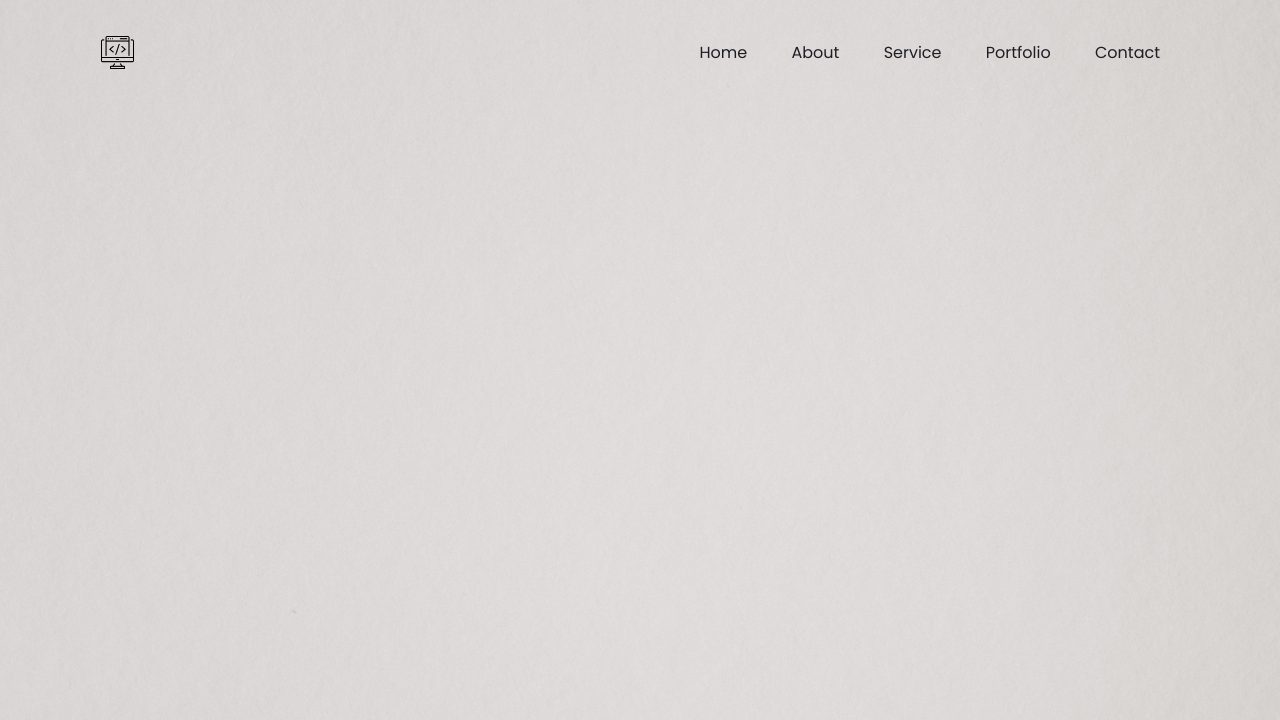
Repository: pilar122/port
Page: contact.html
An editor plug-in stored every save of this project. The page is shown before and after the next save, followed by the edit.
The browser window is 1280 px wide. The pictures show the whole page.

Above is the page before, as saved 2022-01-31 19:36:05.

### contact.html
<!DOCTYPE html>
<html lang="en">
<head>
    <meta charset="UTF-8">
    <title>Personal Portfolio Website</title>
    <!----CSS link----->
    <link rel="stylesheet" href="style.css">
</head>
<body>
    <div class="hero">
        <nav>
            <img src="./img/coding.png" class="logo">
            <ul>
                <li><a href="#">Home</a></li>
                <li><a href="#">About</a></li>
                <li><a href="#">Service</a></li>
                <li><a href="#">Portfolio</a></li>
                <li><a href="/Users/albapilarte/Desktop/port/contact.html">Contact</a></li>
            </ul>

        </nav>
    </div>
</body>
</html>

### style.css
@import url('https://fonts.googleapis.com/css2?family=Poppins:wght@400;500;600;700&display=swap');
*{
    margin: 0;
    padding: 0;
    box-sizing: border-box;
    font-family: 'Poppins', sans-serif;
}
a{
    text-decoration: none;
}
.hero{
    width: 100%;
    height: 100vh;
    background: url(img/bg1.jpg);
    background-size: cover;
}
nav{
    display: flex;
    align-items: center;
    justify-content: space-between;
    padding: 30px 100px;
}
.logo{
    max-height: 35px;
}
nav ul li{
    list-style: none;
    display: inline-block;
    padding: 10px 20px;
}
nav ul li a{
    color: #1d1d24;
    position: relative;
    padding: 5px 0;
}
nav ul li a:hover{
    color: #fd4766;
}
nav ul li a:after{
    content: "";
    position: absolute;
    left: 0;
    width: 0;
    height: 3px;
    background: #fd4766;
    transition: .3s;
    bottom: 0;
}
nav ul li a:hover:after{
    width: 100%;
}
.btn{
    color: #fff;
    font-size: 16px;
    text-transform: uppercase;
    letter-spacing: 2px;
    padding: 16px 40px;
    border-radius: 500px;
    display: inline-block;
    font-weight: 500;
    transition: all .4s ease-in-out;
    background-size: 152% 100%;
    background: #fd4766;
    border: 2px solid #fd4766;
}
.btn:hover{
    background: transparent;
    border-color: #fd4766;
    color: #fd4766;
}
.content{
    position: absolute;
    top: 35%;
    left: 8%;
}
.content .title{
    color: #1f1f25;
    font-size: 15px;
    text-transform: uppercase;
    letter-spacing: 4px;
    display: inline-block;
    margin-bottom: 20px;
    background: linear-gradient(120deg, #757575 20.69%, #fd4755 50.19%,#000000 79.69%);
    -webkit-background-clip: text;
    -webkit-text-fill-color: transparent;
}
.content h1{
    color: #1f1f25;
    font-size: 75px;
    font-weight: 900;
    line-height: 90px;
    text-transform: inherit;
    width: 70%;
}
.content h1 span{
    color: #fd4766;
}
.content p{
    width: 55%;
    color: #757575;
    margin-top: 25px;
    margin-bottom: 30px;
}
.contact .section-title{
    color: #fd4766;
    text-align: center;
    font-size: large;
    letter-spacing: 4px;
}
.contact{
    width: 100%;
    height: 100vh;
    background: url(img/bg1.jpg);
    background-size: cover;
}
.center1 {
  display: block;
  margin-left: auto;
  margin-right: auto;
  width: 5%;
}
.center2 {
  display: block;
  margin-left: auto;
  margin-right: auto;
  width: 5%;
}
.center3 {
  display: block;
  margin-left: auto;
  margin-right: auto;
  width: 5%;
}

After the next save:
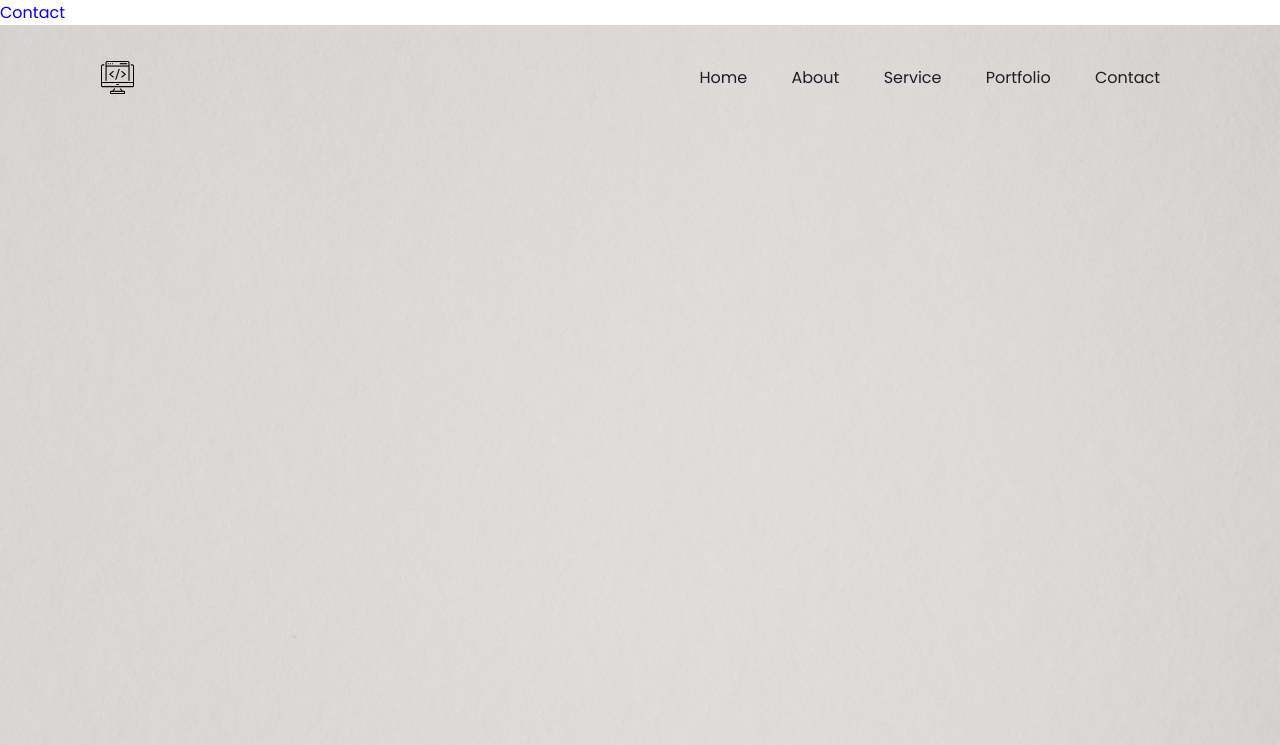
Saved 2 min 25 s later.
--- a/contact.html
+++ b/contact.html
@@ -6,6 +6,12 @@
     <!----CSS link----->
     <link rel="stylesheet" href="style.css">
 </head>
+
+<body>
+    <a href="index.html">Contact</a>
+
+</body>
+
 <body>
     <div class="hero">
         <nav>
